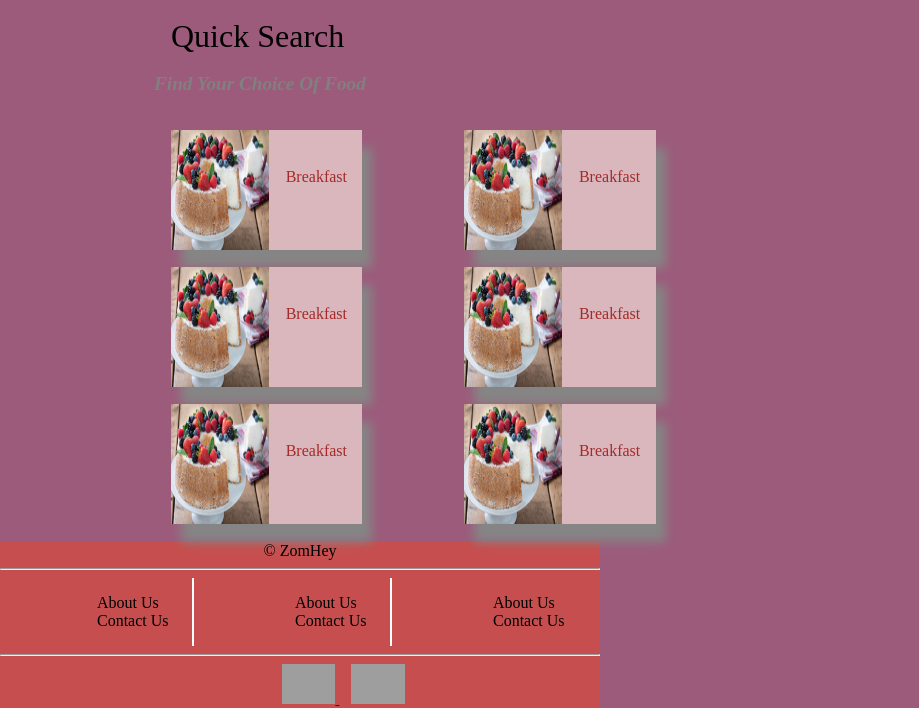
Repository: dashmeenkalra/dashmeen_kalra
Page: css,bootstrap/CSS/zom.html
The author's editor kept a copy of each file at every save. The page is drawn from the files as they stood at one save, then again after the next save.
The browser window is 600 px wide. The page is 919 px wide, so the pictures cover 919 px, including what lies to the right of the window. The pictures show the part of the page from y = 465 to 1173 px (the page is 1173 px tall).
Pictures or frames that could not be fetched are drawn as grey boxes.

Above is the page before, as saved 2023-03-27 09:40:57.

After the next save:
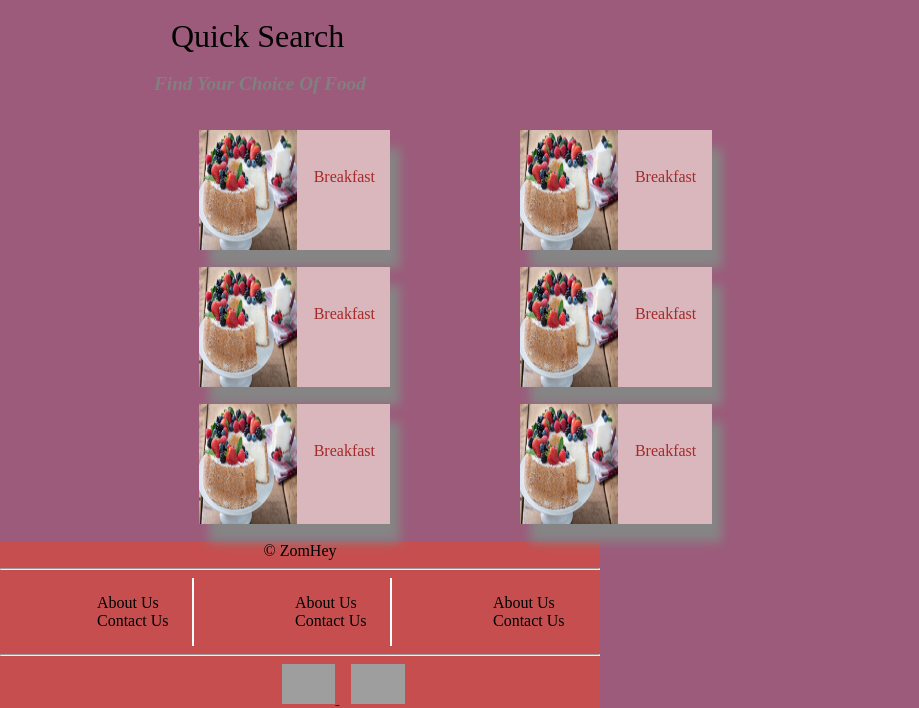
Saved 4 s later.
--- a/css,bootstrap/CSS/zom.css
+++ b/css,bootstrap/CSS/zom.css
@@ -188,6 +188,6 @@ body{
             background-color: rgb(156, 91, 123) ;
         }
     .inbox{
-        margin-left:;
+        margin-left:130px;
     }
         }
